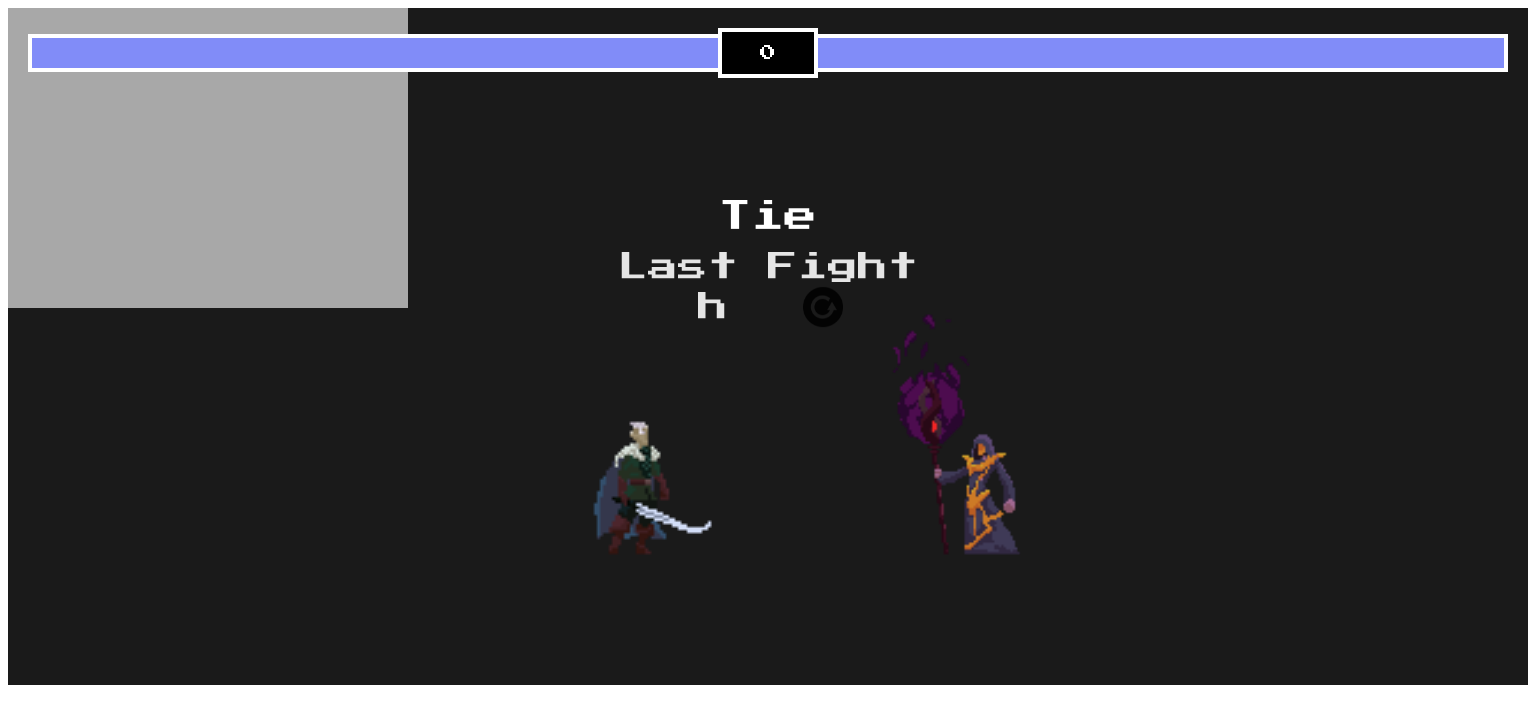
Repository: Gaurav31052/Fighting-game
Page: index.html
The author's editor kept a copy of each file at every save. The page is drawn from the files as they stood at one save, then again after the next save.
The browser window is 1280 px wide. The page is 1528 px wide, so the pictures cover 1528 px, including what lies to the right of the window. The pictures show the whole page.
Some web libraries are served in a nearby version.

Above is the page before, as saved 2024-05-30 22:35:44.

### index.html
<head>
    <link rel="preconnect" href="https://fonts.googleapis.com">
    <link rel="preconnect" href="https://fonts.gstatic.com" crossorigin>
    <link href="https://fonts.googleapis.com/css2?family=Press+Start+2P&display=swap" rel="stylesheet">
    <style>
        * {
            box-sizing: border-box;
            font-family: "Press Start 2P", system-ui;
        }

            @keyframes fadeIn {
                from { opacity: 0; }
                to { opacity: 1; }
            }
            .image1{
                width: 40px;
            }

    </style>
</head>

<body>
    <!-- red container div -->
    <div style="position: relative; display: inline-block;">
        <!-- smaller red container div -->
        <div style="position: absolute; display: flex; align-items: center; width: 100%; padding: 20px;">
            <!-- player health -->
            <div style="position: relative; width: 100%; display: flex; justify-content: flex-end;
            border-top: 4px solid white;
            border-bottom: 4px solid white;
            border-left: 4px solid white;

            ">
                <div style="background-color: red; height: 30px; width: 100%;"></div>
                <div id="playerHealth"
                    style="position: absolute; background: #818CF8; top: 0; right: 0; bottom: 0; width: 100%;"></div>
            </div>
            <!-- timer -->
            <div id="timer"
                style="background-color: black; width: 100px; height: 50px; flex-shrink: 0; display: flex; align-items: center; justify-content: center; color: white; border: 4px solid white">
                10
            </div>
            <!-- enemy health -->
            <div style="position: relative;  width: 100%; border-top: 4px solid white;
            border-bottom: 4px solid white;
            border-right: 4px solid white;">
                <div style="background-color: red; height: 30px;"></div>
                <div id="enemyHealth"
                    style="position: absolute; background: #818CF8; top: 0; right: 0; bottom: 0; left: 0;"></div>
            </div>
        </div>
        <div id="displayText" style="position: absolute; color: white; display: flex; align-items: center; justify-content: center; top: 0;
        right: 0; left: 0; bottom: 260; font-size: 33px; display: none;">tie</div>
        <div id="displayText2" style="position: absolute; color: white; display: flex; align-items: center; justify-content: center; top: 0;
        right: 0; left: 0; bottom: 160; font-size: 30px; display: none; opacity: 0; animation: fadeIn 5s forwards; "></div>


        <div id="displayText4" style="position: absolute; color: white; display: flex; align-items: center; justify-content: center; top: 0;
        right: 0; left: 110; bottom: 80; font-size: 30px; display: none; opacity: 0; animation: fadeIn 5s forwards; "><img class="image1" src="./img/replay.png" alt="Reply" ></div>
        <div id="displayText5" style="position: absolute; color: white; display: flex; align-items: center; justify-content: center; top: 0;
        right:110; left: 0; bottom: 80; font-size: 30px; display: none; opacity: 0; animation: fadeIn 5s forwards; ">h</div>



        <canvas id="canvas"></canvas>

    </div>

<!-- <script src="//cdnjs.cloudflare.com/ajax/libs/annyang/2.6.1/annyang.min.js"></script> -->
    <script src="https://cdnjs.cloudflare.com/ajax/libs/gsap/3.9.1/gsap.min.js"
        integrity="sha512-H6cPm97FAsgIKmlBA4s774vqoN24V5gSQL4yBTDOY2su2DeXZVhQPxFK4P6GPdnZqM9fg1G3cMv5wD7e6cFLZQ=="
        crossorigin="anonymous" referrerpolicy="no-referrer"></script>
    <script src="JS/utils.js"></script>
    <script src="JS/classes.js"></script>
    <script src="game.js"></script>

</body>

### JS/utils.js
function rectangularCollision({ rectangle1, rectangle2 }) {
    return (rectangle1.attackBox.position.x + rectangle1.attackBox.width >= rectangle2.position.x && rectangle1.attackBox.position.x <= rectangle2.position.x + rectangle2.width && rectangle1.attackBox.position.y + rectangle1.attackBox.height >= rectangle2.position.y && rectangle1.attackBox.position.y <= rectangle2.position.y + rectangle2.height)
}

function determineWinner({ player, enemy, timerId }) {
    clearTimeout(timerId)
    document.querySelector('#displayText').style.display = 'flex'
    document.querySelector('#displayText2').style.display = 'flex'
    // document.querySelector('#displayText3').style.display = 'flex'
    document.querySelector('#displayText4').style.display = 'flex'
    document.querySelector('#displayText5').style.display = 'flex'
    if (player.health === enemy.health) {
        game_sound.pause();
        draw.loop=true;
        draw.play();
        document.querySelector('#displayText').innerHTML = 'Tie'
        document.querySelector('#displayText2').innerHTML = 'Last Fight'
        // document.querySelector('#displayText4').innerHTML = 'Reply'
        // document.querySelector('#displayText5').innerHTML = 'home'
    }
    else if (player.health > enemy.health) {
        game_sound.pause();
        winning.play()
        document.querySelector('#displayText').innerHTML = 'Player-1 Wins!'
        document.querySelector('#displayText2').innerHTML = 'Last Fight'
    }
    else if (player.health < enemy.health) {
        game_sound.pause();
        winning.play()
        document.querySelector('#displayText').innerHTML = 'Player-2 Wins!'
        document.querySelector('#displayText2').innerHTML = 'Last Fight'
    }
}

let timer = 3;
let timerId
function decreaseTimer() {
    if (timer > 0) {
        timerId = setTimeout(decreaseTimer, 1000)
        timer--
        document.querySelector('#timer').innerHTML = timer;
    }
    if (timer == 0) {
        determineWinner({ player, enemy, timerId })
    }
}


var draw =new Audio("./audio/tie_bgm.mp3");
var winning =new Audio("./audio/winning audio.mp3");

### JS/classes.js
class Sprite {
    constructor({ position, imageSrc, scale = 1, frameMax = 1, offset = { x: 0, y: 0 } }) {
        this.position = position;
        this.width = 50
        this.height = 150
        this.image = new Image()
        this.image.src = imageSrc
        this.scale = scale
        this.frameMax = frameMax
        this.frameCurrent = 0
        this.frameElapsed = 0
        this.frameHold = 5
        this.offset = offset
    }
    draw() {

        c.drawImage(this.image, this.frameCurrent * (this.image.width / this.frameMax), 0, this.image.width / this.frameMax, this.image.height,

            this.position.x - this.offset.x, this.position.y - this.offset.y, (this.image.width / this.frameMax) * this.scale, this.image.height * this.scale)
    }

    animateFrame() {
        this.frameElapsed++
        if (this.frameElapsed % this.frameHold === 0) {
            if (this.frameCurrent < this.frameMax - 1) {

                this.frameCurrent++
            }
            else {
                this.frameCurrent = 0
            }
        }
    }

    update() {
        this.draw()
        this.animateFrame()
    }
}




class Fighter extends Sprite {
    constructor({ position, velocity, color = 'red', imageSrc, scale = 1, frameMax = 1, offset = { x: 0, y: 0 }, sprites,attackBox ={offset: {}, width: undefined, height: undefined} }) {
        super({
            position,
            imageSrc,
            frameMax,
            scale,
            offset
        })

        this.velocity = velocity;
        this.width = 50
        this.height = 150
        this.lastkey
        this.attackBox = {
            position: {
                x: this.position.x,
                y: this.position.y
            },
            offset: attackBox.offset,
            width: attackBox.width,
            height: attackBox.height
        }
        this.color = color
        this.isAttacking
        this.health = 100
        this.frameCurrent = 0
        this.frameElapsed = 0
        this.frameHold = 5
        this.sprites =sprites
        this.dead = false

        for(const sprite in this.sprites){
            sprites[sprite].image =new Image()
            sprites[sprite].image.src= sprites[sprite].imageSrc
        }

    }
    // draw() {
    //     c.fillStyle = this.color
    //     c.fillRect(this.position.x, this.position.y, this.width, this.height)

    //     // attack box
    //     if (this.isAttacking) {
    //         c.fillStyle = 'green'
    //         c.fillRect(this.attackBox.position.x, this.attackBox.position.y, this.attackBox.width, this.attackBox.height)
    //     }
    // }
    update() {
        this.draw()
        if(!this.dead)
        this.animateFrame()


// attack boxes
        this.attackBox.position.x = this.position.x + this.attackBox.offset.x
        this.attackBox.position.y = this.position.y + this.attackBox.offset.y

        // draw the attack box
        // c.fillRect(this.attackBox.position.x, this.attackBox.position.y, this.attackBox.width, this.attackBox.height)

        this.position.y += this.velocity.y
        this.position.x += this.velocity.x

        //gravity function
        if (this.position.y + this.height + this.velocity.y >= canvas.height-200) {
            this.velocity.y = 0
            this.position.y = 400
        }
        else {
            this.velocity.y += gravity
        }

    }
    attack() {
        this.switchSprite('attack1')
        this.isAttacking = true

    }

    takeHit(){
        this.health -= 5

        if(this.health <= 0){
            this.switchSprite('death')
        }
        else{
            this.switchSprite('takeHit')
        }
    }

    switchSprite(sprite){
        if(this.image === this.sprites.death.image) {
            if(this.frameCurrent=== this.sprites.death.frameMax-1) this.dead = true
            return}
        // overriding all other animations with the attack animations
        if(this.image === this.sprites.attack1.image && this.frameCurrent < this.sprites.attack1.frameMax -1) return

        // override when fighter gets hit
        if(this.image === this.sprites.takeHit.image && this.frameCurrent < this.sprites.takeHit.frameMax -1) return

        switch (sprite) {
            case 'idle':
                if(this.image!= this.sprites.idle.image){
                this.image=this.sprites.idle.image
                this.frameMax = this.sprites.idle.frameMax
                this.frameCurrent = 0
        }
                break;
            case 'run':
            if(this.image!= this.sprites.run.image){
            this.image=this.sprites.run.image
            this.frameMax = this.sprites.run.frameMax
            this.frameCurrent = 0
        }
                break;
            case 'jump':
                if(this.image!= this.sprites.jump.image){
                this.image =this.sprites.jump.image
                this.frameMax = this.sprites.jump.frameMax
                this.frameCurrent = 0
                }
                break;
            case 'fall':
                if(this.image!= this.sprites.fall.image){
                this.image =this.sprites.fall.image
                this.frameMax = this.sprites.fall.frameMax
                this.frameCurrent = 0
                }
                break;
            case 'attack1':
                if(this.image!= this.sprites.attack1.image){
                this.image =this.sprites.attack1.image
                this.frameMax = this.sprites.attack1.frameMax
                this.frameCurrent = 0
                }
                break;
            case 'takeHit':
                if(this.image!= this.sprites.takeHit.image){
                this.image =this.sprites.takeHit.image
                this.frameMax = this.sprites.takeHit.frameMax
                this.frameCurrent = 0
                }
                break;
            case 'death':
                if(this.image!= this.sprites.death.image){
                this.image =this.sprites.death.image
                this.frameMax = this.sprites.death.frameMax
                this.frameCurrent = 0
                }

                break;

        }
    }
}

### game.js
const canvas = document.getElementById('canvas');
const c = canvas.getContext('2d');

canvas.width = 1520
// canvas.width = window. innerWidth;
canvas.height = 677
// canvas.height = window. innerHeight;

c.fillRect(0, 0, canvas.width, canvas.height)

const gravity = 2.9


const background = new Sprite({
    position: {
        x: 0,
        y: 0,

    },
    // imageSrc: './img/background5.jpg'
    imageSrc: localStorage.getItem(1)


})





// const shop = new Sprite({
//     position: {
//         x: 600,
//         y: 128
//     },
//     imageSrc: './img/shop.png',
//     scale: 2.75,
//     frameMax: 6
// })


const player = new Fighter({
    position: {
        x: 600,
        y: 0
    },
    velocity: {
        x: 0,
        y: 0
    },
    offset: {
        x: 0,
        y: 0
    },
    imageSrc: './img/samuraiMack/Idle.png',

    frameMax: 10,
    scale:3,
    offset: {
        x:215,
        y:157
    },

    sprites:{
        idle: {
            imageSrc: './img/samuraiMack/Idle.png',
            frameMax: 10
        },
        run:{
            imageSrc: './img/samuraiMack/Run.png',
            frameMax: 8

        },
        jump:{
            imageSrc: './img/samuraiMack/Jump.png',
            frameMax: 3

        },
        fall:{
            imageSrc: './img/samuraiMack/Fall.png',
            frameMax: 3
        },
        attack1:{
            imageSrc: './img/samuraiMack/Attack1.png',
            frameMax: 7
        },
        takeHit:{
            imageSrc: './img/samuraiMack/Take hit.png',
            frameMax: 3
        },
        death:{
            imageSrc: './img/samuraiMack/Death.png',
            frameMax: 7
        }

    },
    attackBox:{
        offset:{
            x:90,
            y:50
        },
        width:70,
        height:50
    }
})




const enemy = new Fighter({
    position: {
        x: 900,
        y: 100
    },
    velocity: {
        x: 0,
        y: 0
    },
    color: 'blue',
    offset: {
        x: -50,
        y: 0
    },
    imageSrc: './img/kenji/Idle.png',
    frameMax: 8,
    scale:2.3,
    offset: {
        x:215,
        y:238
    },

    sprites:{
        idle: {
            imageSrc: './img/kenji/Idle.png',

            frameMax: 8
        },
        run:{
            imageSrc: './img/kenji/Run.png',
            frameMax: 8

        },
        jump:{
            imageSrc: './img/kenji/Jump.png',
            frameMax: 2

        },
        fall:{
            imageSrc: './img/kenji/Fall.png',
            frameMax: 2
        },
        attack1:{
            imageSrc: './img/kenji/Attack1.png',
            frameMax: 8
        },
        takeHit:{
            imageSrc:'./img/kenji/Take hit.png',
            frameMax: 3
        },
        death:{
            imageSrc: './img/kenji/Death.png',
            frameMax: 7
        }


    },
    attackBox:{
        offset:{
            x:-140,
            y:50
        },
        width:130,
        height:50
    }
})

// console.log(player)

const key = {
    a: {
        pressed: false
    },
    d: {
        pressed: false
    },
    ArrowRight: {
        pressed: false
    },
    ArrowLeft: {
        pressed: false
    }
}


decreaseTimer()


function animate() {
    window.requestAnimationFrame(animate)
    c.fillStyle = 'black'
    c.fillRect(0, 0, canvas.width, canvas.height)
    background.update()
    // shop.update()
    c.fillStyle ='rgba(255,255,255,0.1)'
    c.fillRect(0,0, canvas.width, canvas.height)
    player.update()
    enemy.update()
    player.velocity.x = 0
    enemy.velocity.x = 0

    // player movement

    if (key.a.pressed && player.lastkey === 'a') {
        player.velocity.x = -5
        player.switchSprite('run')
    }
    else if (key.d.pressed && player.lastkey === 'd') {
        player.velocity.x = 5
        player.switchSprite('run')
    }
    else{
        player.switchSprite('idle')
    }

    //jumping player
    if(player.velocity.y<0){
       player.switchSprite('jump')
    }
    else if(player.velocity.y>0){
        player.switchSprite('fall')
    }



    // enemy movement
    if (key.ArrowLeft.pressed && enemy.lastkey === 'ArrowLeft') {
        enemy.velocity.x = -5
        enemy.switchSprite('run')
    }
    else if (key.ArrowRight.pressed && enemy.lastkey === 'ArrowRight') {
        enemy.velocity.x = 5
        enemy.switchSprite('run')
    }
    else{
        enemy.switchSprite('idle')
    }
     //jumping enemy
     if(enemy.velocity.y<0){
        enemy.switchSprite('jump')
     }
     else if(enemy.velocity.y>0){
         enemy.switchSprite('fall')
     }

    // detect for collision & enemy get hit
    if (rectangularCollision({ rectangle1: player, rectangle2: enemy }) && player.isAttacking && player.frameCurrent===4) {
        enemy.takeHit()
        enemy_take_hit.volume=0.2
        enemy_take_hit.play()
        player.isAttacking = false

        // document.querySelector('#enemyHealth').style.width = enemy.health + '%'
        gsap.to('#enemyHealth',{
            width:enemy.health + '%'
        })
    }

    // if player misses
    if(player.isAttacking && player.frameCurrent === 4){
        player.isAttacking = false
    }

    // this is where our player hit
    if (rectangularCollision({ rectangle1: enemy, rectangle2: player }) && enemy.isAttacking && enemy.frameCurrent === 2) {
        player.takeHit()
        player_take_hit.volume=0.2
        player_take_hit.play();
        enemy.isAttacking = false
        // console.log('enemy is Attacking')
        // document.querySelector('#playerHealth').style.width = player.health + '%'
        gsap.to('#playerHealth',{
            width:player.health + '%'
        })
    }

     // if enemy misses
     if(enemy.isAttacking && enemy.frameCurrent === 2){
        enemy.isAttacking = false
    }
    // end game based on health
    if (enemy.health <= 0 || player.health <= 0) {
        determineWinner({ player, enemy, timerId })
    }
}

animate()


window.addEventListener('keydown', (event) => {
    if(!player.dead){


    switch (event.key) {
        case 'd':
            key.d.pressed = true
            player.lastkey = 'd'
            break
        case 'a':
            key.a.pressed = true
            player.lastkey = 'a'
            break
        case 'w':
            player.velocity.y = -38
            break
        case ' ':
            player.attack()
            sword.play();
            break

        }
    }

    if(!enemy.dead){

switch(event.key){
    case 'ArrowRight':
            key.ArrowRight.pressed = true
            enemy.lastkey = 'ArrowRight'
            break
        case 'ArrowLeft':
            key.ArrowLeft.pressed = true
            enemy.lastkey = 'ArrowLeft'
            break
        case 'ArrowUp':
            enemy.velocity.y = -38
            break
        case 'ArrowDown':
            enemy.attack()
            woo1.play();
            break
}

}

})
window.addEventListener('keyup', (event) => {
    switch (event.key) {
        case 'd':
            key.d.pressed = false
            break
        case 'a':
            key.a.pressed = false
            break

    }

    // enemy key
    switch (event.key) {
        case 'ArrowRight':
            key.ArrowRight.pressed = false
            break
        case 'ArrowLeft':
            key.ArrowLeft.pressed = false
            break

    }
})





// voice command

// if(annyang){
//     var commands={
//         // 'forward': function(){alert('helloooo');}
//         'forward': function(){ key.d.pressed = true
//             player.lastkey = 'd'
//         setTimeout(()=>{
//             key.d.pressed = false
//             annyang.start()
//         },500)
//         },
//         'stop': function(){ key.d.pressed = false
//             player.lastkey = 'd' },
//         'back': function(){key.a.pressed = true
//             player.lastkey = 'a'
//             setTimeout(()=>{
//                 key.a.pressed = false
//                 annyang.start()
//             },500)},
//         'jump': function(){player.velocity.y = -38
//             annyang.start()},
//         'attack': function(){ player.attack()
//             annyang.start()}
//     };
//     annyang.addCommands(commands);
//     annyang.start();
// }


//Sound Effect
var sword =new Audio("./audio/sword sound.mp4");
var player_take_hit =new Audio("./audio/grunt_1.mp3");
var enemy_take_hit =new Audio("./audio/grunt_2.mp3");
var woo1 =new Audio("./audio/woo1.mp3");
var fight = new Audio("./audio/fight-deep-voice.mp3");
fight.play();
// draw_music.play();
var game_sound =new Audio("./audio/game_bgm.mp3");
game_sound.loop=true;
game_sound.volume=0.3;
game_sound.play();

After the next save:
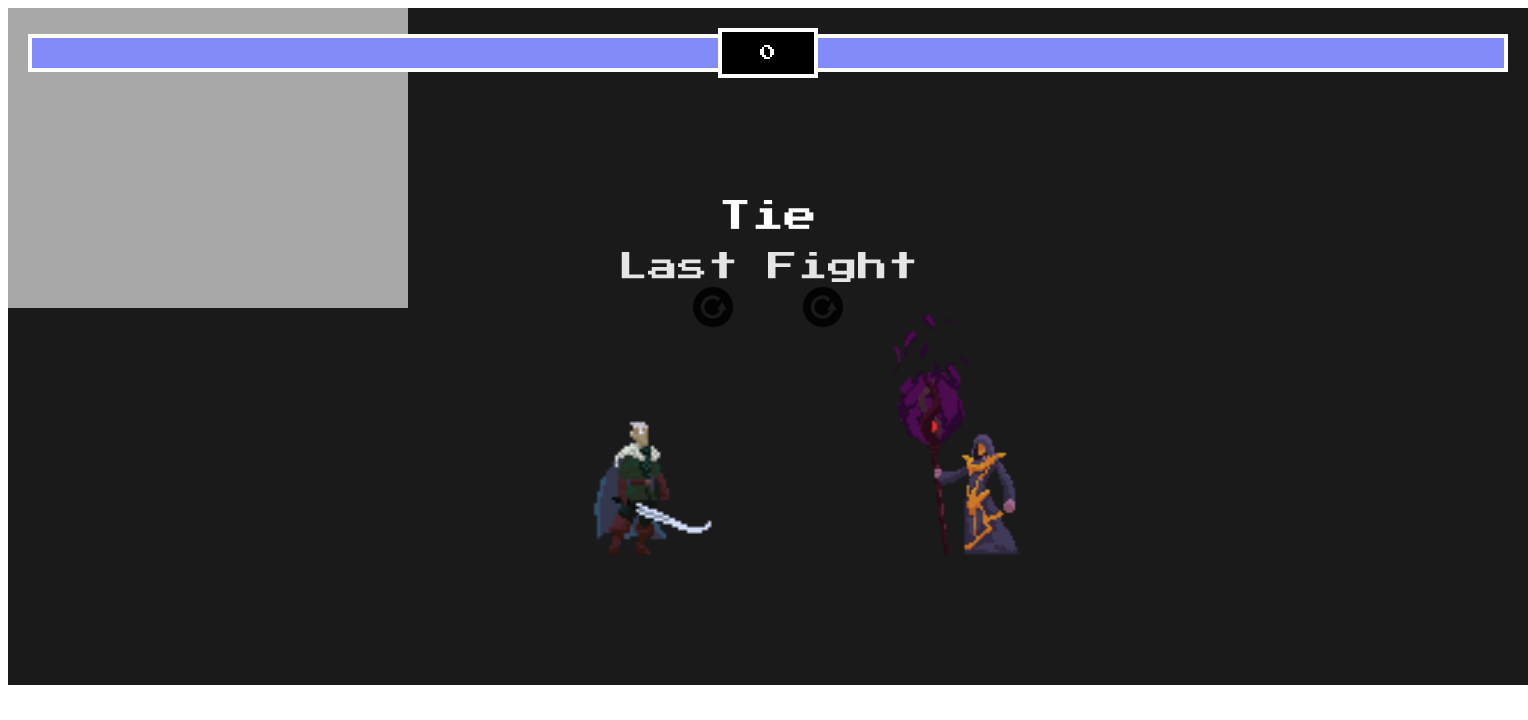
Saved 13 s later.
--- a/index.html
+++ b/index.html
@@ -58,7 +58,7 @@
         <div id="displayText4" style="position: absolute; color: white; display: flex; align-items: center; justify-content: center; top: 0;
         right: 0; left: 110; bottom: 80; font-size: 30px; display: none; opacity: 0; animation: fadeIn 5s forwards; "><img class="image1" src="./img/replay.png" alt="Reply" ></div>
         <div id="displayText5" style="position: absolute; color: white; display: flex; align-items: center; justify-content: center; top: 0;
-        right:110; left: 0; bottom: 80; font-size: 30px; display: none; opacity: 0; animation: fadeIn 5s forwards; ">h</div>
+        right:110; left: 0; bottom: 80; font-size: 30px; display: none; opacity: 0; animation: fadeIn 5s forwards; "><img class="image1" src="./img/replay.png" alt="Reply" ></div>
 
 
 
